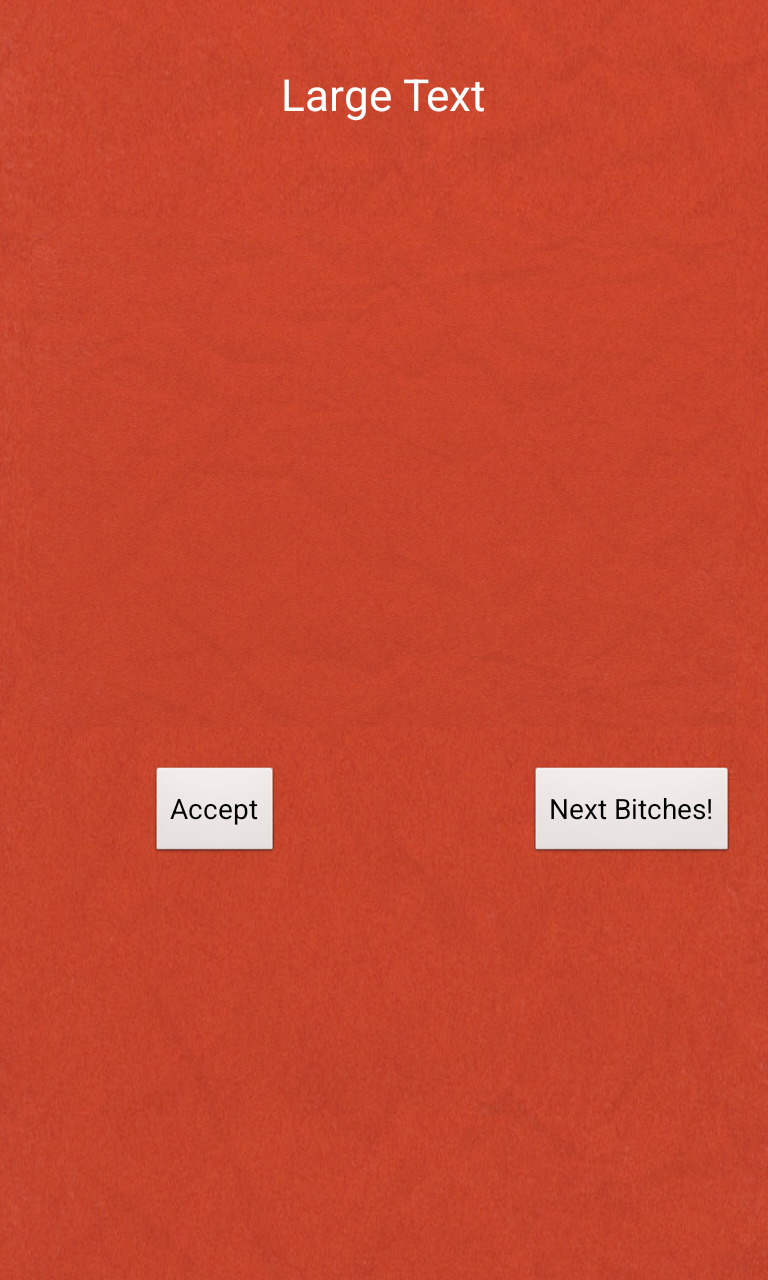
Repository: imhossu/FeedJulia
Layout: FeedJulia/res/layout/activity_place.xml
An editor plug-in stored every save of this project. The layout is shown before and after the next save, followed by the edit.
It is drawn on a 768 x 1280 px phone screen (xhdpi) without system bars, with theme android:Theme.NoTitleBar; the app's code is not run.

Above is the layout before, as saved 2014-01-26 05:06:32.

### FeedJulia/res/layout/activity_place.xml
<RelativeLayout xmlns:android="http://schemas.android.com/apk/res/android"
    xmlns:tools="http://schemas.android.com/tools"
    android:layout_width="match_parent"
    android:layout_height="match_parent"
    android:paddingBottom="@dimen/activity_vertical_margin"
    android:paddingLeft="@dimen/activity_horizontal_margin"
    android:paddingRight="@dimen/activity_horizontal_margin"
    android:paddingTop="@dimen/activity_vertical_margin"
    android:background="@drawable/red">
    tools:context=".Place" >

    <TextView
        android:id="@+id/title"
        android:layout_width="wrap_content"
        android:layout_height="wrap_content"
        android:layout_alignParentTop="true"
        android:layout_centerHorizontal="true"
        android:layout_marginTop="16dp"
        android:text="Large Text"
        android:textAppearance="?android:attr/textAppearanceLarge"
        android:textColor="#ffffff"/>


    <ImageView
        android:id="@+id/image"
        android:layout_width="wrap_content"
        android:layout_height="wrap_content"
        android:layout_below="@+id/textView1"
        android:layout_centerHorizontal="true"
        android:src="@drawable/red" />

    <Button
        android:id="@+id/next"
        android:layout_width="wrap_content"
        android:layout_height="wrap_content"
        android:layout_alignBottom="@+id/image"
        android:layout_alignRight="@+id/image"
        android:layout_marginBottom="26dp"
        android:text="Next Bitches!" />

    <Button
        android:id="@+id/accept"
        android:layout_width="wrap_content"
        android:layout_height="wrap_content"
        android:layout_alignBaseline="@+id/next"
        android:layout_alignBottom="@+id/next"
        android:layout_toLeftOf="@+id/title"
        android:text="Accept" />

</RelativeLayout>

Loaded but not shown: FeedJulia/res/values/dimens.xml (common file)

After the next save:
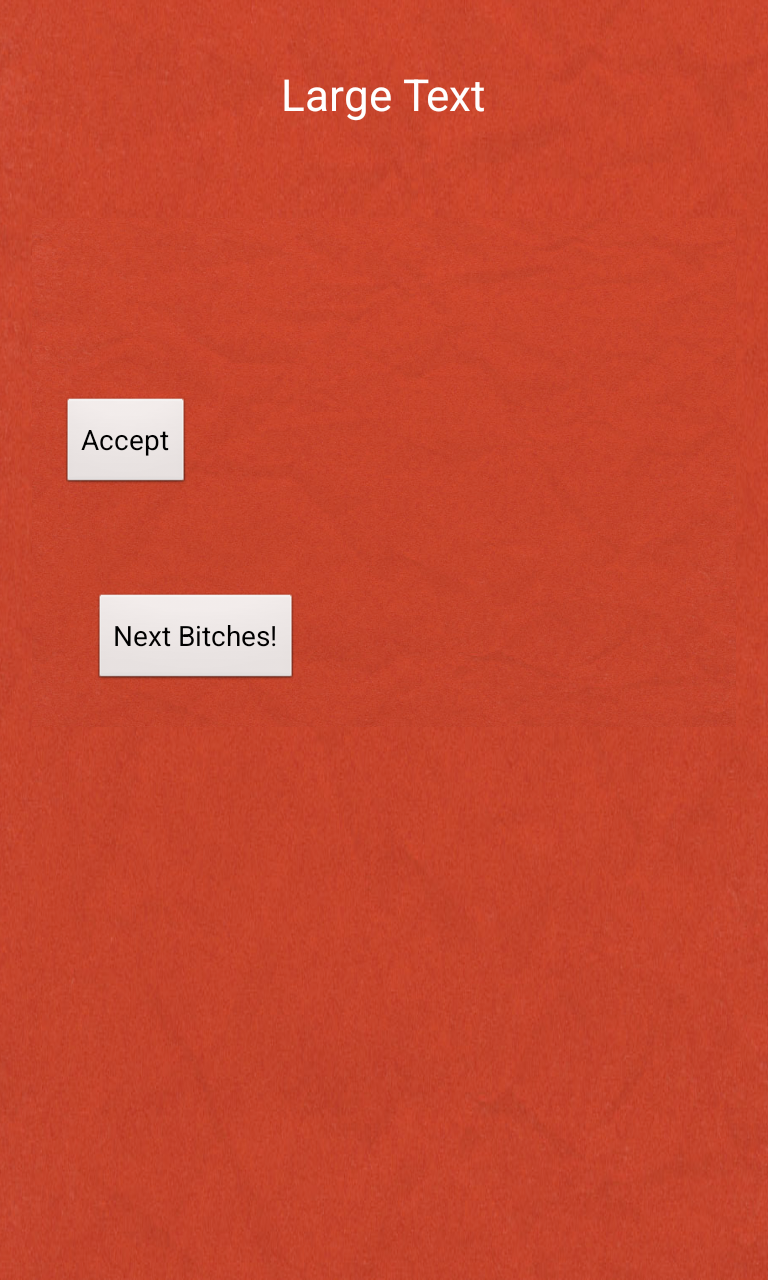
Saved 11 min 11 s later.
--- a/FeedJulia/res/layout/activity_place.xml
+++ b/FeedJulia/res/layout/activity_place.xml
@@ -30,21 +30,30 @@
         android:src="@drawable/red" />
 
     <Button
+        android:id="@+id/accept"
+        android:layout_width="wrap_content"
+        android:layout_height="wrap_content"
+        android:layout_above="@+id/next"
+        android:layout_alignLeft="@+id/image"
+        android:layout_marginBottom="50dp"
+        android:layout_marginLeft="14dp"
+        android:text="Accept" />
+
+    <Button
         android:id="@+id/next"
         android:layout_width="wrap_content"
         android:layout_height="wrap_content"
-        android:layout_alignBottom="@+id/image"
-        android:layout_alignRight="@+id/image"
-        android:layout_marginBottom="26dp"
+        android:layout_alignLeft="@+id/accept"
+        android:layout_centerVertical="true"
+        android:layout_marginLeft="16dp"
         android:text="Next Bitches!" />
 
-    <Button
-        android:id="@+id/accept"
+    <LinearLayout
         android:layout_width="wrap_content"
         android:layout_height="wrap_content"
-        android:layout_alignBaseline="@+id/next"
-        android:layout_alignBottom="@+id/next"
-        android:layout_toLeftOf="@+id/title"
-        android:text="Accept" />
+        android:layout_alignParentLeft="true"
+        android:layout_below="@+id/image"
+        android:layout_marginTop="15dp" >
+    </LinearLayout>
 
 </RelativeLayout>
